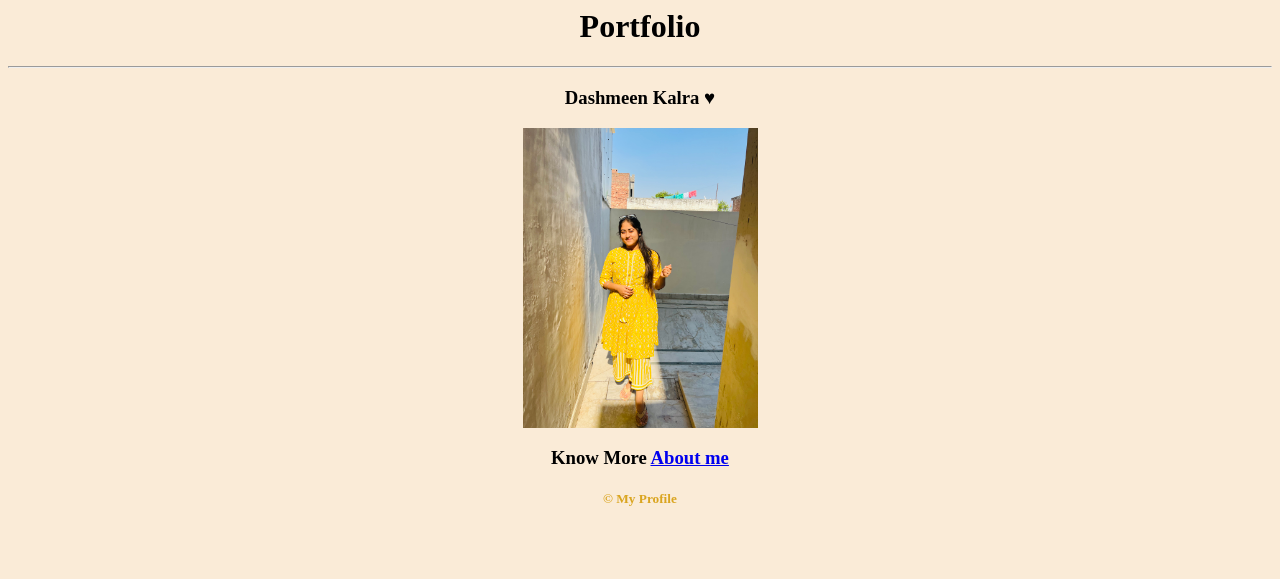
Repository: dashmeenkalra/dashmeen_kalra
Page: index.html
An editor plug-in stored every save of this project. The page is shown before and after the next save, followed by the edit.
The browser window is 1280 px wide. The pictures show the whole page.

Above is the page before, as saved 2023-03-05 11:54:28.

After the next save:
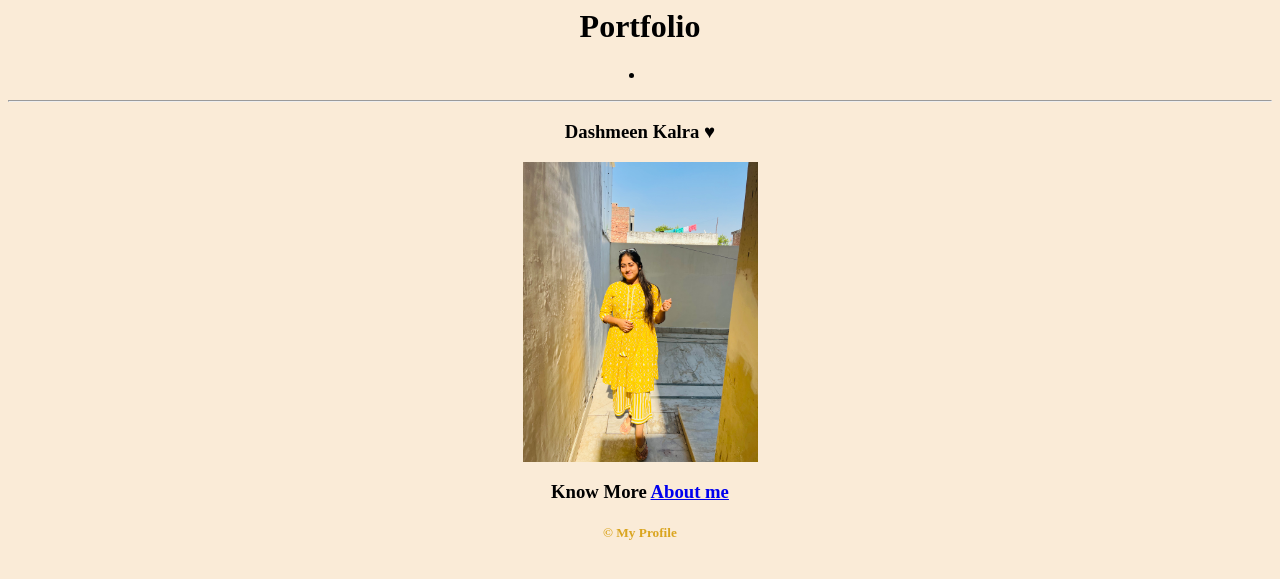
Saved 17 s later.
--- a/index.html
+++ b/index.html
@@ -11,6 +11,11 @@
         <h1>
              Portfolio
         </h1>
+        <li>
+            <ul>
+
+            </ul>
+        </li>
         <hr/>
         <h3>
             Dashmeen Kalra &heartsuit;
